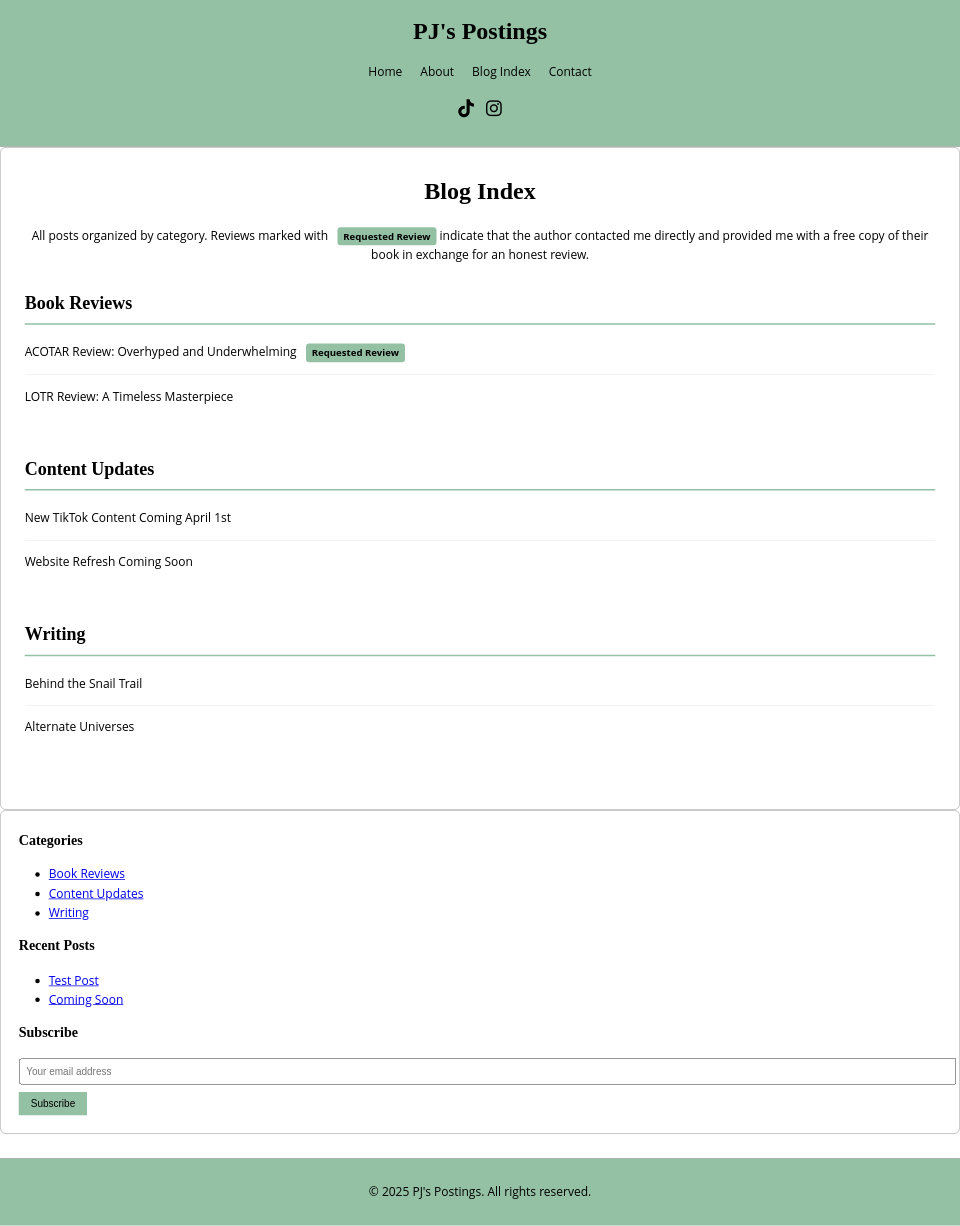
Repository: pjpatrick071/pjpatrick071.github.io
Page: blog.html
An editor plug-in stored every save of this project. The page is shown before and after the next save, followed by the edit.
The browser window is 1280 px wide. The pictures show the whole page, at 75% of full size.
Some web fonts or font styles are not loaded; a fallback is used.

Above is the page before, as saved 2025-04-02 23:13:08.

After the next save:
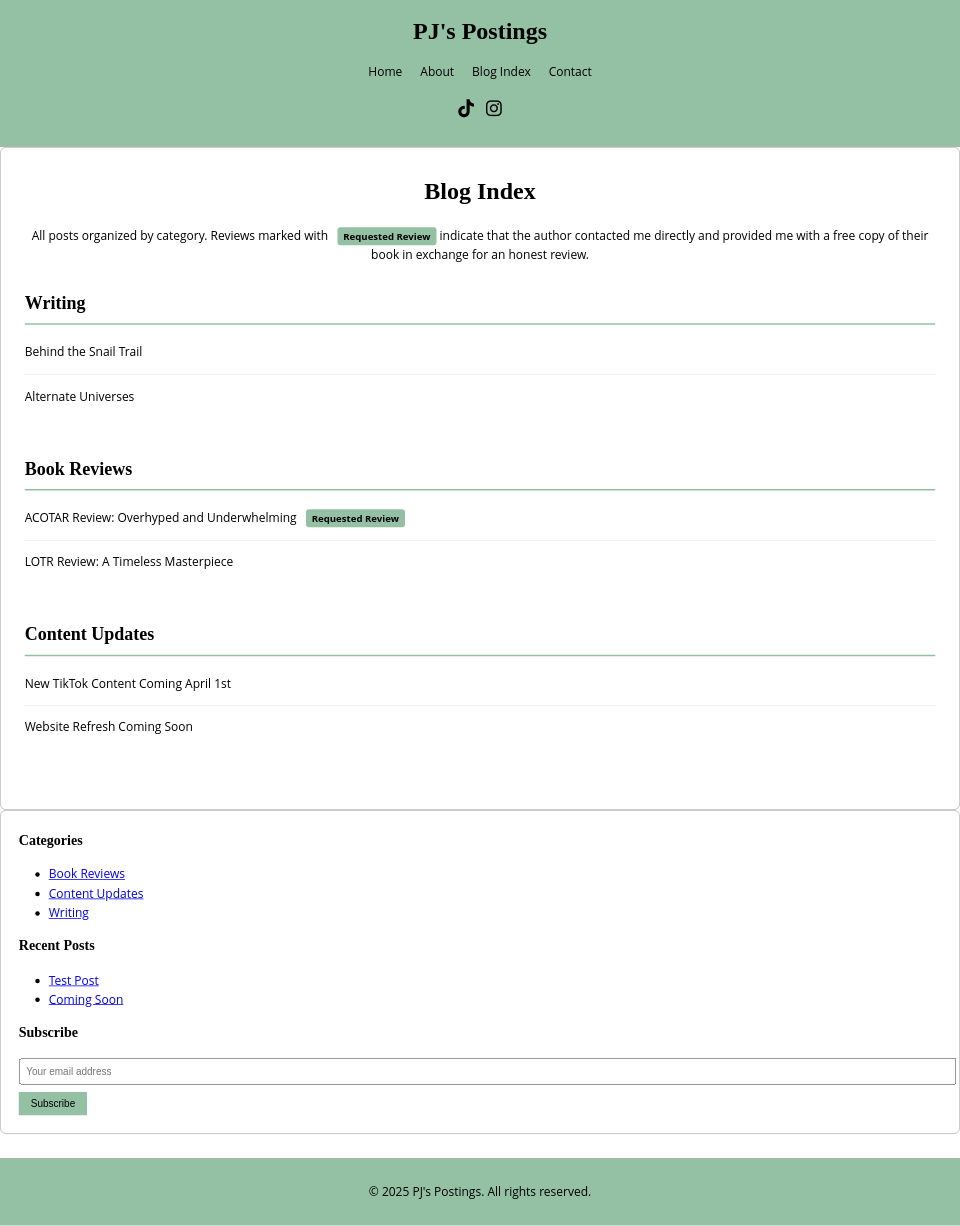
Saved 4 min 22 s later.
--- a/blog.html
+++ b/blog.html
@@ -221,42 +221,41 @@
             <p>All posts organized by category. Reviews marked with <span class="requested-badge">Requested Review</span> indicate that the author contacted me directly and provided me with a free copy of their book in exchange for an honest review.</p>
         </div>
 
-        <!-- Book Reviews Section -->
+        <section id="writing" class="index-section">
+            <h2>Writing</h2>
+            <ul class="index-list">
+                <li>
+                    <a href="snail-trail.html">Behind the Snail Trail</a>
+                </li>
+                <li>
+                    <a href="alternate-universes.html">Alternate Universes</a>
+                </li>
+            </ul>
+        </section>
+
+        <!-- In the Book Reviews Section -->
         <section id="book-reviews" class="index-section">
             <h2>Book Reviews</h2>
             <ul class="index-list">
                 <li>
-                    <a href="#acotar-review">ACOTAR Review: Overhyped and Underwhelming</a>
+                    <a href="acotar-review.html">ACOTAR Review: Overhyped and Underwhelming</a>
                     <span class="requested-badge">Requested Review</span>
                 </li>
                 <li>
-                    <a href="#lotr-review">LOTR Review: A Timeless Masterpiece</a>
+                    <a href="lotr-review.html">LOTR Review: A Timeless Masterpiece</a>
                 </li>
             </ul>
         </section>
 
-        <!-- Content Updates Section -->
+        <!-- In the Content Updates Section -->
         <section id="content-updates" class="index-section">
             <h2>Content Updates</h2>
             <ul class="index-list">
                 <li>
-                    <a href="#new-tiktok">New TikTok Content Coming April 1st</a>
-                </li>
-                <li>
-                    <a href="#website-updates">Website Refresh Coming Soon</a>
-                </li>
-            </ul>
-        </section>
-
-        <!-- Writing Section -->
-        <section id="writing" class="index-section">
-            <h2>Writing</h2>
-            <ul class="index-list">
-                <li>
-                    <a href="#snail-trail">Behind the Snail Trail</a>
-                </li>
-                <li>
-                    <a href="#alternate-universes">Alternate Universes</a>
+                    <a href="new-tiktok.html">New TikTok Content Coming April 1st</a>
+                </li>
+                <li>
+                    <a href="website-updates.html">Website Refresh Coming Soon</a>
                 </li>
             </ul>
         </section>
